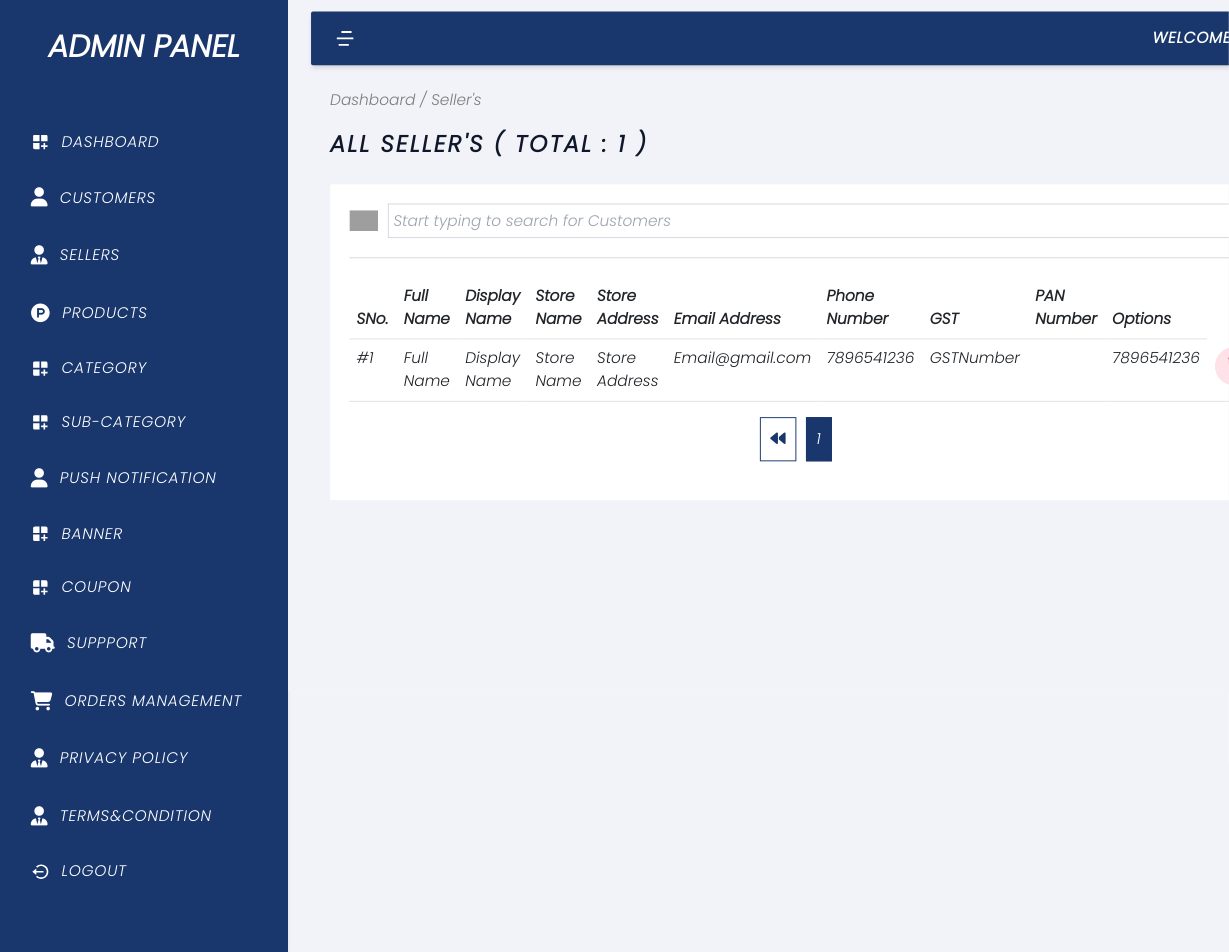
Repository: shishpal2000/admin.aschpro
Page: /VendorList
An editor plug-in stored every save of this project. The page is shown before and after the next save, followed by the edit.
The browser window is 1280 px wide. The pictures show the whole page, at 96% of full size.
Pictures or frames that could not be fetched are drawn as grey boxes. Some web libraries are served in a nearby version. The project was rebuilt for these pictures with package versions that can differ from the ones it lists, and the page was loaded fresh each time. Also part of the build but not shown: src/E-CommerceAdmin/forms/Login.jsx, src/E-CommerceAdmin/pages/Dashboard.jsx, src/E-CommerceAdmin/pages/ECategory.js, src/E-CommerceAdmin/pages/EProduct.js, src/E-CommerceAdmin/pages/EAdminOrders.js, src/E-CommerceAdmin/pages/EAdminDelivery.js, src/E-CommerceAdmin/pages/EAdminCustomer.js, src/E-CommerceAdmin/pages/ESubCategory.js and 5 more. Imported but missing from the stored project, and not drawn on this page: src/E-CommerceAdmin/pages/Complaints, src/E-CommerceAdmin/pages/Component/SpinnerComp, src/E-CommerceAdmin/pages/EAdmin, src/E-CommerceAdmin/pages/EAdminProduct, src/E-CommerceAdmin/pages/ESingleProduct, src/E-CommerceAdmin/pages/GetMeThis, src/E-CommerceAdmin/pages/HelpSupport.

Above is the page before, as saved 2023-06-28 15:02:56.

### public/index.html
<!-- @format -->

<!DOCTYPE html>
<html lang="en">
  <head>
    <meta charset="utf-8" />
    <meta name="viewport" content="width=device-width, initial-scale=1" />
    <meta name="theme-color" content="#000000" />
    <meta
      name="description"
      content="Web site created using create-react-app"
    />
    <link rel="icon" href="%PUBLIC_URL%/favicon.png" />
    <link rel="manifest" href="%PUBLIC_URL%/manifest.json" />
    <link rel="preconnect" href="https://fonts.googleapis.com">
<link rel="preconnect" href="https://fonts.gstatic.com" crossorigin>
<link href="https://fonts.googleapis.com/css2?family=Roboto+Mono:ital,wght@1,300&display=swap" rel="stylesheet">
    <title>Subharambh</title>
  </head>
  <body>
    <noscript>You need to enable JavaScript to run this app.</noscript>
    <div id="root"></div>
    <script src="https://code.jquery.com/jquery-3.6.0.min.js"></script>
    <script src="https://kit.fontawesome.com/b533b351e4.js" crossorigin="anonymous"></script>
    <script type="module" src="https://unpkg.com/ionicons@7.1.0/dist/ionicons/ionicons.esm.js"></script>
<script nomodule src="https://unpkg.com/ionicons@7.1.0/dist/ionicons/ionicons.js"></script>
  </body>
</html>

### src/index.js
import React from "react";
import ReactDOM from "react-dom/client";
import "./index.css";
import App from "./App";
import { BrowserRouter } from "react-router-dom";
import 'bootstrap/dist/css/bootstrap.min.css'

const root = ReactDOM.createRoot(document.getElementById("root"));
root.render(
  <React.StrictMode>
    <BrowserRouter>
      <App />
    </BrowserRouter>
  </React.StrictMode>
);

### src/index.css
/** @format */

@tailwind base;
@tailwind components;
@tailwind utilities;

@import url("https://fonts.googleapis.com/css2?family=Roboto+Mono:ital,wght@1,300&display=swap");
@font-face {
  font-family: Roboto;
  src: url("./Fonts/Poppins-LightItalic.ttf");
}

body {
  margin: 0;
  font-family: Roboto !important;
  -webkit-font-smoothing: antialiased;
  -moz-osx-font-smoothing: grayscale;
}

code {
  font-family: Roboto !important;
}

html {
  font-family: Roboto !important;
}

::-webkit-scrollbar {
  width: 10px;
}
.fa-trash {
  color: red;
  cursor: pointer;
}

.iCOn {
  transition: 0.5s;
  box-shadow: none;
  transform: scale(1);
}
.cardDiv {
  cursor: pointer;
}

.cardDiv:hover .iCOn {
  box-shadow: rgba(0, 0, 0, 0.35) 0px 5px 15px;
  transform: scale(1.3);
}

/* Track */
::-webkit-scrollbar-track {
  background: #f1f1f1;
}

/* Handle */
::-webkit-scrollbar-thumb {
  background: #888;
}

/* Handle on hover */
::-webkit-scrollbar-thumb:hover {
  background: #555;
}
.profileImage {
  width: 100px;
}
.fa-eye {
  color: #029aff;
  cursor: pointer;
}
.fa-edit {
  cursor: pointer;
  color: blue;
}

.View {
  border: 1px solid black;
  width: 100%;
  padding: 10px;
}

.main-card--container {
  display: grid;
  grid-template-columns: repeat(3, minmax(300px, 500px));
  grid-gap: 50px;
  justify-content: space-around;
}
.card-container {
  margin: 25px 0 auto;
  box-shadow: rgba(0, 0, 0, 0.35) 0px 5px 15px;
  position: relative;
  display: grid;
  grid-template-columns: 1fr;
  justify-content: space-around;
  align-items: flex-start;
}

.myEdit:focus {
  box-shadow: rgba(0, 0, 0, 0.35) 0px 5px 15px;
}

.AstroLogin {
  color: #fff;
  background-color: #2b7a8e;
  padding: 10px;
  width: 380px;
  text-align: center;
  font-size: 20px;
  background: linear-gradient(to left, #2b7a8e 50%, #fff 50%) right;
  background-size: 200%;
  transition: 0.5s ease-out;
  border: 1px solid #2b7a8e;
  margin-top: 10px;
  text-transform: uppercase;
}
.AstroLogin:hover {
  background-position: left;
  color: #2b7a8e;
}

.EcommerceAdminLogin {
  color: #fff;
  background-color: #19376d;
  padding: 10px;
  width: 380px;
  text-align: center;
  font-size: 20px;
  background: linear-gradient(to left, #19376d 50%, #fff 50%) right;
  background-size: 200%;
  transition: 0.5s ease-out;
  border: 1px solid #19376d;
  margin-top: 10px;
  text-transform: uppercase;
}

.EcommerceAdminLogin:hover {
  background-position: left;
  color: #19376d;
}
.EcommerceVendorLogin {
  color: #fff;
  background-color: #576cbc;
  padding: 10px;
  width: 380px;
  text-align: center;
  font-size: 20px;
  background: linear-gradient(to left, #576cbc 50%, #fff 50%) right;
  background-size: 200%;
  transition: 0.5s ease-out;
  border: 1px solid #576cbc;
  margin-top: 10px;
  text-transform: uppercase;
}

.EcommerceVendorLogin:hover {
  background-position: left;
  color: #576cbc;
}

.view {
  background-color: #2196f3;
  color: #fff;
  width: 50%;
  padding: 5px;
}

.two-sec {
  display: flex;
  justify-content: space-evenly;
  justify-content: space-evenly;
}
.two-sec .left {
  width: 60%;
  background-color: #f6f1ef;
  padding: 20px;
}
.two-sec .left .head {
  font-size: 25px;
  font-weight: bold;
}

.two-sec .right {
  width: 30%;
  background-color: #f6f1ef;
}

.searchDiv {
  width: 100%;
  display: flex;
  gap: 10px;
  border: 1px solid rgb(179, 179, 179);
  padding: 10px;
  margin-bottom: 20px;
  align-items: center;
}
.searchDiv input {
  width: 94%;
  outline: none;
  border: none;
}

.flexCont {
  display: flex;
  align-items: center;
  gap: 10px;
}
.flexCont img {
  width: 60px;
  background-color: #e9ecef;
}

.blockContent {
  display: block;
}
.blockContent p {
  margin: 0;
}

.checkBox {
  width: 50px;
  height: 25px;
  background-color: #e9ecef;
  border-radius: 50px;
  position: relative;
  cursor: pointer;
}
.checkBox span {
  width: 20px;
  height: 20px;
  border-radius: 100%;
  background-color: #fff;
  position: absolute;
  left: 5px;
  top: 2px;
}
.ActivecheckBox {
  width: 50px;
  height: 25px;
  background-color: #0d6efd;
  border-radius: 50px;
  position: relative;
  cursor: pointer;
}
.ActivecheckBox span {
  width: 20px;
  height: 20px;
  border-radius: 100%;
  background-color: #fff;
  position: absolute;
  right: 5px;
  top: 2px;
}

.fa-eye {
  color: #0cba73;
  background-color: #d6f8e8;
  width: 40px;
  text-align: center;
  height: 40px;
  display: flex;
  border-radius: 100%;
  justify-content: center;
  padding-top: 10px;
  transition: 0.5s;
}

.fa-pen-to-square {
  color: #f4c39c;
  background-color: #ffebdb;
  width: 40px;
  text-align: center;
  height: 40px;
  display: flex;
  border-radius: 100%;
  justify-content: center;
  padding-top: 10px;
  cursor: pointer;
  transition: 0.5s;
}
.fa-trash {
  color: #df939f;
  background-color: #ffe1e8;
  width: 40px;
  text-align: center;
  height: 40px;
  display: flex;
  border-radius: 100%;
  justify-content: center;
  padding-top: 10px;
  cursor: pointer;
  transition: 0.5s;
}
.fa-trash:hover {
  transform: scale(1.2);
}
.fa-eye:hover {
  transform: scale(1.2);
}
.fa-pen-to-square:hover {
  transform: scale(1.2);
}
.required {
  color: #e74260;
}

.headP {
  margin-left: 2%;
  color: #7b7c7d;
}
.filterBox {
  display: flex;
  align-items: center;
  gap: 10px;
  border-bottom: 1px solid #d4d7dc;
  padding-bottom: 20px;
  margin-bottom: 20px;
}
.filterBox img {
  width: 30px;
}
.filterBox input {
  width: 100%;
  border: 1px solid #d4d7dc;
  outline: none;
  padding: 5px;
  color: black;
}
.sectionCont {
  width: 98%;
  background-color: #fff;
  margin-left: 2%;
  padding: 20px;
}

.overFlowCont {
  width: 100%;
  overflow-x: auto;
}

.logo {
  width: auto;
  margin-bottom: 20px;
}

.updateProfile {
  margin-left: 20px;
  border: 1px solid #fff;
  border-radius: 100%;
  font-size: 1.2rem;
  padding: 10px;
  transition: 0.5s;
  cursor: pointer;
}
.updateProfile:hover {
  border: 1px solid #19376d;
  color: #19376d;
  background-color: #fff;
}

.Normalbtn {
  background-color: #19376d !important;
  border: 1px solid #19376d !important;
  border-radius: 0px !important;
}

.ImageCarousel {
  width: 150px !important;
  margin: 0px !important;
  height: 150px !important;
}
.CarouselImages {
  width: 150px !important;
  height: 150px !important;
}
.CarouselImages img {
  width: 100% !important;
  height: 100% !important;
}

.ModalCarousel {
  width: 100% !important;
  height: 500px !important;
}
.ModalCarousel {
  width: 100% !important;
  height: 500px !important;
}
.ModalCarousel img {
  width: 100% !important;
  height: 500px !important;
}

.gridCont {
  display: grid;
  grid-template-columns: auto auto auto;
  justify-content: space-evenly;
}
.gridCont div {
  width: 400px;
  height: 300px;
  box-shadow: rgba(0, 0, 0, 0.35) 0px 5px 15px;
  padding: 10px;
  position: relative;
  margin-top: 20px;
}
.gridCont div img {
  width: 100%;
}
.delete-Btn {
  width: 90%;
  margin-left: 2%;
  color: #c44b3f;
  border: 1px solid #c44b3f;
  position: absolute;
  bottom: 10px;
  transition: 0.5s;
  padding: 10px;
}

.delete-Btn:hover {
  background-color: #c44b3f;
  color: #fff;
}

.BannerCarousel {
  width: 300px;
  margin: 0px !important;
}
.BannerCarouselImage {
  width: 300px;
}
.BannerCarouselImage img {
  width: 100%;
}

.pagination {
  display: flex;
  justify-content: center;
  align-items: center;
  gap: 10px;
  margin-bottom: 20px;
}
.pagination button {
  border: 1px solid black;
  padding: 10px;
}

.activePage {
  background-color: #19376d;
  color: #fff;
  border: 1px solid #19376d !important;
}

.active {
  background-color: #fff;
  color: #19376d !important;
}
.prevBtn {
  background-color: #fff;
  color: #19376d;
  border: 1px solid #19376d !important;
  transition: 0.5s;
}

.prevBtn:hover,
.prevBtn:focus,
.prevBtn:active {
  background-color: #19376d;
  color: #fff;
  border: 1px solid #19376d !important;
}
.nextBtn {
  background-color: #fff;
  color: #19376d;
  border: 1px solid #19376d !important;
  transition: 0.5s;
}

.nextBtn:hover,
.nextBtn:focus,
.nextBtn:active {
  background-color: #19376d;
  color: #fff;
  border: 1px solid #19376d !important;
}

.dangerBox {
  position: relative;
}
.dangerBox i {
  position: absolute;
  top: 50%;
  left: 90%;
  transform: translate(-50%, -50%);
  cursor: pointer;
}

### src/E-CommerceAdmin/pages/EVendorList.js
/** @format */
import axios from "axios";
import React, { useEffect, useState } from "react";
import { Alert, Badge, Button, Form, Modal, Table } from "react-bootstrap";
import { toast } from "react-toastify";
import HOC from "../layout/HOC";

const EVendorList = () => {

  const data = [
    {
      fullName : "Full Name" ,
      displayName : 'Display Name' ,
      storeName : "Store Name" ,
      storeAddress : "Store Address"  ,
      email : "Email@gmail.com" ,
      phone : "7896541236" ,
      GST : "GSTNumber" ,
      Pan : "PANNumber" ,
    }
  ]

    // Pagination and Filter
    const [query, setQuery] = useState("");
    const [currentPage2, setCurrentPage2] = useState(1);
    const [postPerPage2] = useState(10);
    const lastPostIndex2 = currentPage2 * postPerPage2;
    const firstPostIndex2 = lastPostIndex2 - postPerPage2;

    let pages2 = [];

    const TotolData = query
      ? data?.filter(
          (i) =>
            i?.name?.toLowerCase().includes(query?.toLowerCase()) ||
            i?.email?.toLowerCase().includes(query?.toLowerCase())
        )
      : data;

    useEffect(() => {
      if (query) {
        setCurrentPage2(1);
      }
    }, [query]);

    const slicedData = TotolData?.slice(firstPostIndex2, lastPostIndex2);

    for (let i = 1; i <= Math.ceil(TotolData?.length / postPerPage2); i++) {
      pages2.push(i);
    }

    function Next() {
      setCurrentPage2(currentPage2 + 1);
    }

    function Prev() {
      if (currentPage2 !== 1) {
        setCurrentPage2(currentPage2 - 1);
      }
    }







  return (
    <>


      <p className="headP">Dashboard / Seller's</p>
      <div
        className="pb-4 sticky top-0  w-full flex justify-between items-center"
        style={{ width: "98%", marginLeft: "2%" }}
      >
        <span
          className="tracking-widest text-slate-900 font-semibold uppercase "
          style={{ fontSize: "1.5rem" }}
        >
          All Seller's ( Total : {data?.length} )
        </span>
      </div>

      <section className="sectionCont">
        {data?.length === 0 || !data ? (
          <Alert>No Data Found</Alert>
        ) : (
          <>
            <div className="filterBox">
              <img
                src="https://t4.ftcdn.net/jpg/01/41/97/61/360_F_141976137_kQrdYIvfn3e0RT1EWbZOmQciOKLMgCwG.jpg"
                alt=""
              />
              <input
                type="search"
                placeholder="Start typing to search for Customers"
                onChange={(e) => setQuery(e.target.value)}
              />
            </div>

            <div className="overFlowCont">
              <Table>
                <thead>
                  <tr>
                    <th>SNo.</th>
                    <th>Full Name</th>
                    <th>Display Name</th>
                    <th>Store Name</th>
                    <th>Store Address</th>
                    <th>Email Address</th>
                    <th>Phone Number</th>
                    <th>GST</th>
                    <th>PAN Number</th>
                    <th>Options</th>
                  </tr>
                </thead>
                <tbody>
                  {slicedData?.map((i, index) => (
                    <tr key={index}>
                      <td>#{index + 1} </td>
                      <td> {i.fullName} </td>
                      <td> {i.displayName} </td>
                      <td> {i.storeName} </td>
                      <td> {i.storeAddress} </td>
                      <td> {i.email} </td>
                      <td> {i.phone} </td>
                      <td> {i.GST} </td>
                      <td>
                        <Badge bg="success">{i.role}</Badge>
                      </td>
                      <td> {i.phone} </td>
                      <td>
                        <i
                          className="fa-solid fa-trash"

                        />
                      </td>

                    </tr>
                  ))}
                </tbody>
              </Table>

                {/* Pagination */}
                <div className="pagination">
                <button onClick={() => Prev()} className="prevBtn">
                  <i className="fa-solid fa-backward"></i>
                </button>
                {currentPage2 === 1 ? (
                  ""
                ) : (
                  <button onClick={() => setCurrentPage2(1)}>1</button>
                )}

                {pages2
                  ?.slice(currentPage2 - 1, currentPage2 + 3)
                  .map((i, index) =>
                    i === pages2?.length ? (
                      ""
                    ) : (
                      <button
                        key={index}
                        onClick={() => setCurrentPage2(i)}
                        className={currentPage2 === i ? "activePage" : ""}
                      >
                        {" "}
                        {i}{" "}
                      </button>
                    )
                  )}

                <button onClick={() => setCurrentPage2(pages2?.length)} className={currentPage2 === pages2?.length ? "activePage" : ""} >
                  {" "}
                  {pages2?.length}{" "}
                </button>

                {currentPage2 === pages2?.length ? (
                  ""
                ) : (
                  <button onClick={() => Next()} className="nextBtn">
                    {" "}
                    <i className="fa-sharp fa-solid fa-forward"></i>
                  </button>
                )}
              </div>
            </div>
          </>
        )}
      </section>
    </>
  );
};

export default HOC(EVendorList);

### src/E-CommerceAdmin/layout/HOC.jsx
/** @format */

import React, { useState } from "react";
import Navbar from "./Navbar";
import Sidebar from "./Sidebar";

const HOC = (Wcomponenet) => {
  return function Component() {
    const [hamb, setHamb] = useState(false);
    return (
      <>
        <section
          className="flex overflow-x-hidden relative "
          style={{ backgroundColor: "#f2f3f8" }}
        >
          {/* Sidebar */}
          <div
            className={
              hamb
                ? " absolute top-0 z-30 md:w-auto shadow-md bg-slate-200  w-60 transition-all md:-left-full left duration-150  h-auto overflow-y-auto  left-0 "
                : " md:w-72 z-30 bg-slate-200  shadow-md  md:static absolute top-0 -left-full   transition-all duration-150  overflow-y-auto h-auto"
            }
            style={{ minWidth: "300px" }}
          >
            <Sidebar hamb={hamb} setHamb={setHamb} />
          </div>
          {/* Components & Navbar */}
          <div
            className={
              hamb
                ? " transition-all px-4 py-2  duration-150 w-full h-screen"
                : " w-full h-screen  px-4 py-2   z-50 transition-all duration-150 "
            }
            style={{ backgroundColor: "#f2f3f8" }}
          >
            <Navbar hamb={hamb} setHamb={setHamb} />
            <div className="my-6 text-#000 h-[87%] wcomp overflow-y-auto">
              {" "}
              <Wcomponenet />
            </div>
          </div>
        </section>
      </>
    );
  };
};

export default HOC;

### src/E-CommerceAdmin/layout/Navbar.jsx
/** @format */

import { RiMenu4Line } from "react-icons/ri";

const Navbar = ({ hamb, setHamb }) => {
  const AdminName = localStorage.getItem("AdminName")
  return (
    <>
      <div
        className={
          hamb
            ? "flex  w-full justify-between  my-1 rounded-sm  p-4 py-3 shadow-md items-center  bg-slate-200 space-x-4"
            : "flex  w-full justify-between my-1 rounded-sm  p-4 py-3 shadow-md items-center  bg-slate-200 space-x-4"
        }
        style={{ backgroundColor: "#19376d" }}
      >
        <RiMenu4Line
          onClick={() => setHamb(!hamb)}
          className="text-2xl font-bold text-gray-900 hover:scale-90 cursor-pointer"
          style={{ color: "#fff" }}
        />

        <section className="flex sm:ml-auto justify-end sm:w-full items-center space-x-2  pr-2">
          <figcaption className="tracking-wider pl-1 font-semibold">
            <div
              className="lg:text-base text-sm text-gray-900  uppercase"
              style={{ color: "#fff" }}
            >
              Welcome {AdminName}
            </div>
          </figcaption>
        </section>
      </div>
    </>
  );
};

export default Navbar;

### src/E-CommerceAdmin/layout/Sidebar.jsx
/** @format */

import React from "react";
import { RiCloseLine } from "react-icons/ri";
import { Link, useNavigate } from "react-router-dom";
import { BiLogOutCircle } from "react-icons/bi";
import { MdDashboardCustomize } from "react-icons/md";

const Sidebar = ({ hamb, setHamb }) => {
  const navigate = useNavigate();

  const nav = [
    {
      icon: <MdDashboardCustomize className="text-xl mr-3 rounded-full " />,
      link: "/dashboard ",
      name: "Dashboard",
    },

    {
      icon: (
        <i className="fa-solid fa-user text-xl mr-3 rounded-full"></i>
      ),
      link: "/Customer",
      name: "Customers",
    },
    {
      icon: <i className="fa-solid fa-user-tie text-xl mr-3 rounded-full"></i>,
      link: "/VendorList",
      name: "Sellers",
    },
    {
      icon: (
    <i className="fa-brands fa-product-hunt text-xl mr-3 rounded-full"></i>
      ),
      link: "/Product",
      name: "Products",
    },
    {
      icon: <MdDashboardCustomize className="text-xl mr-3 rounded-full " />,
      link: "/Category",
      name: "Category",
    },

    {
      icon: <MdDashboardCustomize className="text-xl mr-3 rounded-full " />,
      link: "/SubCategory",
      name: "Sub-Category",
    },
    {
      icon: <i className="fa-solid fa-user text-xl mr-3 rounded-full"></i>,
      link: "/pushNotification",
      name: "Push Notification",
    },

    {
      icon: <MdDashboardCustomize className="text-xl mr-3 rounded-full " />,
      link: "/banner",
      name: "Banner",
    },
    {
      icon: <MdDashboardCustomize className="text-xl mr-3 rounded-full " />,
      link: "/coupon",
      name: "Coupon",
    },

    {
      icon: <i className="fa-solid fa-truck  text-xl mr-3 rounded-full"></i>,
      link: "/Support",
      name: "Suppport",
    },
    {
      icon: (
        <i className="fa-solid fa-cart-shopping text-xl mr-3 rounded-full"></i>
      ),
      link: "/Orders",
      name: "Orders Management",
    },

    {
      icon: <i className="fa-solid fa-user-tie text-xl mr-3 rounded-full"></i>,
      link: "/privacy",
      name: "Privacy Policy",
    },
    {
      icon: <i className="fa-solid fa-user-tie text-xl mr-3 rounded-full"></i>,
      link: "/terms",
      name: "Terms&Condition",
    }
  ];

  const logOut = () => {
    localStorage.clear()
    navigate("/");
  };

  return (
    <>
      <aside
        className="p-4 h-auto"
        style={{ backgroundColor: "#19376d", minHeight: "100vh" }}
      >
        {/* Top */}
        <div className="w-full md:hidden relative  p-2 mb-4">
          <RiCloseLine
            onClick={() => setHamb(!hamb)}
            className="text-3xl  absolute top-2 sm:hover:rotate-[228deg] transition-transform font-bold right-2 sm:hover:text-[22px] text-[rgb(241,146,46)] cursor-pointer"
          />
        </div>{" "}
        <figure className="flex  flex-col items-center">
          <span
            className="font-bold text-[#fff]"
            style={{
              fontSize: "2rem",
              textAlign: "center",
              textTransform: "uppercase",
            }}
          >
            {" "}
            ADMIN PANEL
          </span>
        </figure>
        <nav className="py-6">
          {nav.map((nav) => {
            return (
              <Link
                to={nav.link}
                key={nav.name}
                className=""
                style={{ textDecoration: "none", textTransform: "uppercase" }}
              >
                <span
                  className="flex my-3 items-center cursor-pointer text-gray-900    tracking-wider p-2 rounded-sm"
                  style={{ color: "#FFF" }}
                >
                  {nav.icon} {nav.name}
                </span>
              </Link>
            );
          })}
          <span
            className="flex my-3 items-center cursor-pointer text-gray-900    tracking-wider p-2 rounded-sm"
            onClick={() => logOut()}
            style={{ color: "#FFF", textTransform: "uppercase" }}
          >
            <BiLogOutCircle className="text-xl mr-3 rounded-full " /> LogOut
          </span>
        </nav>
      </aside>
    </>
  );
};

export default Sidebar;

Loaded but not shown: tailwind.config.js (common file); src/App.js (69 lines, source omitted)

After the next save:
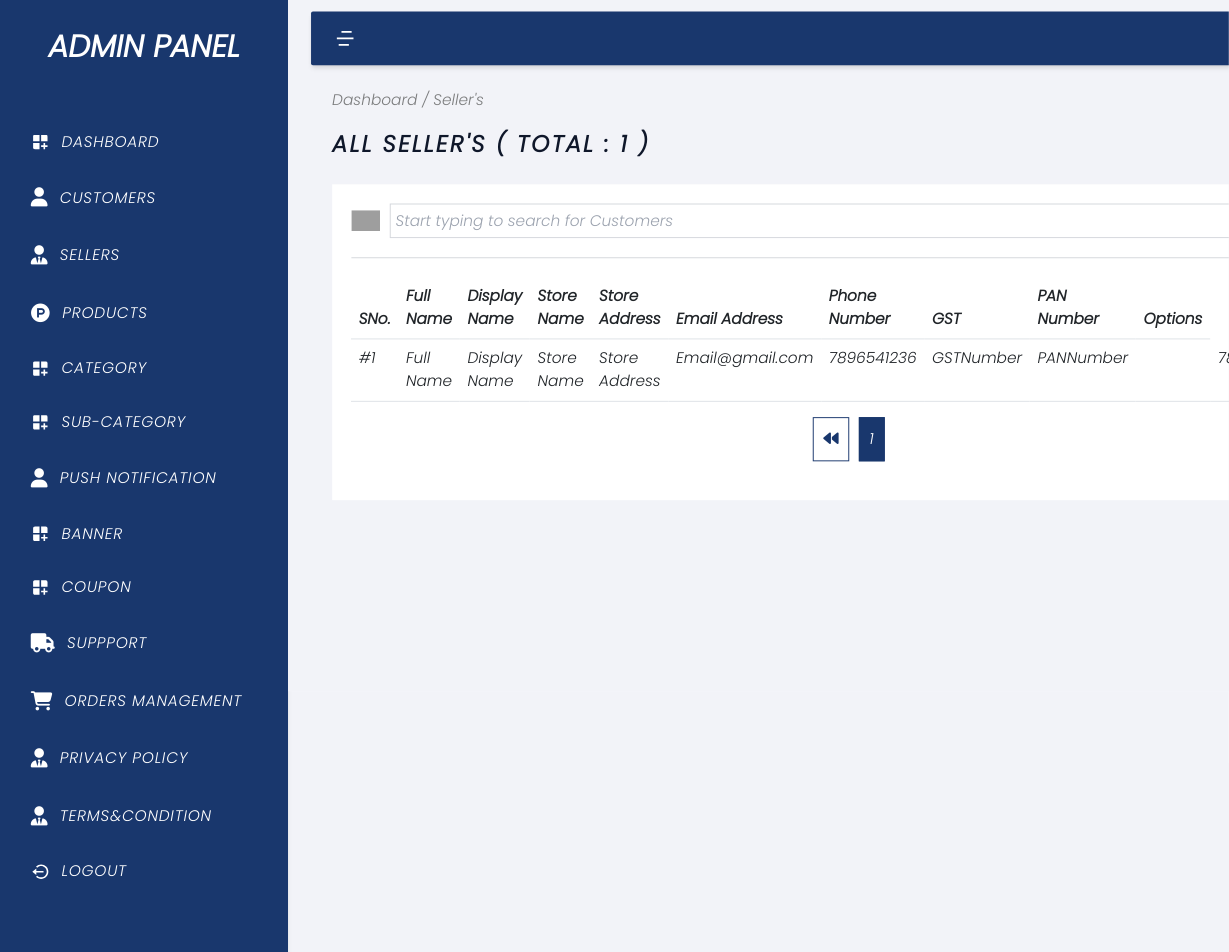
Saved 6 s later.
--- a/src/E-CommerceAdmin/pages/EVendorList.js
+++ b/src/E-CommerceAdmin/pages/EVendorList.js
@@ -126,6 +126,7 @@ const EVendorList = () => {
                       <td> {i.email} </td>
                       <td> {i.phone} </td>
                       <td> {i.GST} </td>
+                      <td> {i.Pan} </td>
                       <td>
                         <Badge bg="success">{i.role}</Badge>
                       </td>
